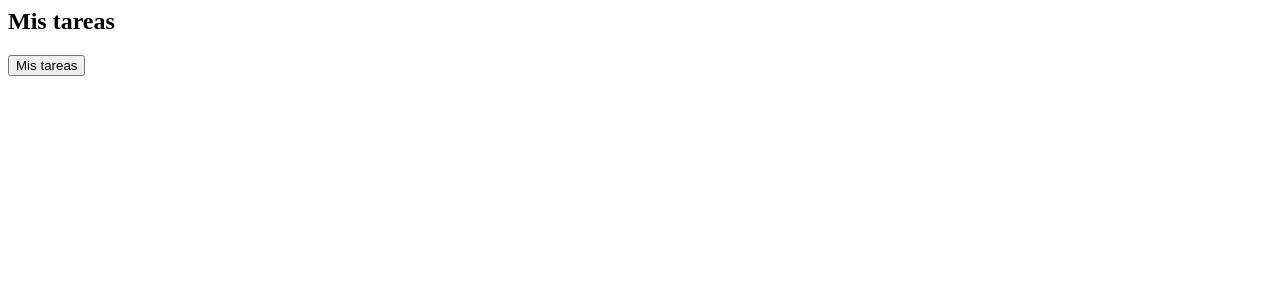
Repository: maguria/Reservas
Page: plantillas/tareas-usuario.html
The author's editor kept a record of every edit. The page is drawn from the files as they stood at one moment, then again after the next edit.
The browser window is 1280 px wide. The pictures show the whole page.

Above is the page before.

After the next edit:
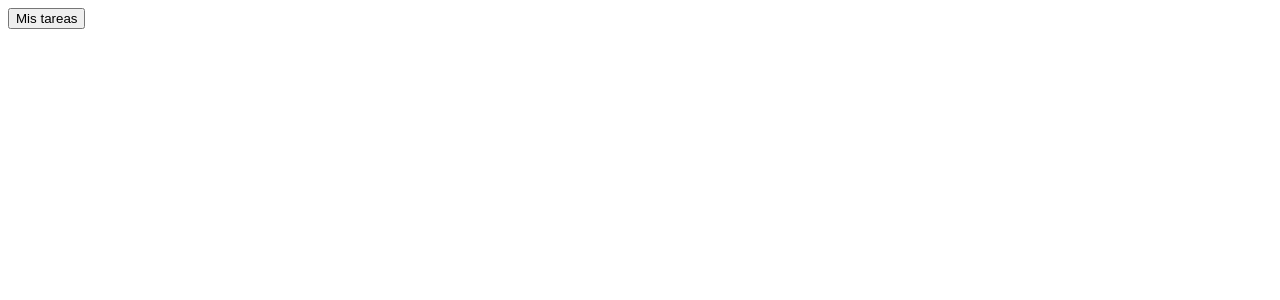
The edit:
--- a/plantillas/tareas-usuario.html
+++ b/plantillas/tareas-usuario.html
@@ -1,5 +1,4 @@
 <div id="mistareas" class="ocultar">
- <h2>Mis tareas</h2>
     <form class="navbar-form navbar-right" id="formLogin">
            <div class="boton"><button id="btlogin" type="submit" class="btn btn-success btlogin" ng-click="cUsuarios.tareasUsuario()">Mis tareas</button></div>
     </form>
